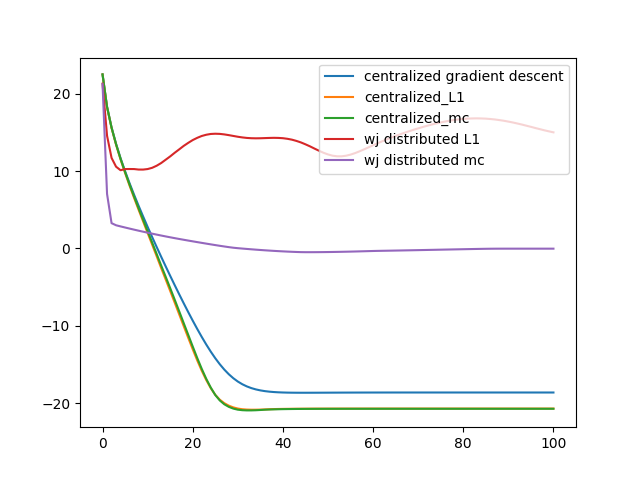
Repository: komuro-zero/distributed-optimization
Script's output: python main_weakly_sparse.py
An editor plug-in stored every save of this project. The script's output is shown before and after the next save, followed by the edit.
Random numbers start from a fixed seed.

Above is the script's output before, as saved 2019-09-26 19:34:54.

### main_weakly_sparse.py
import numpy as np
import matplotlib.pyplot as plt
from numpy.random import *
from modules.distributed_functions_wj import functions


np.random.seed(0)
class distributed_updates(functions):


    def __init__(self):

        self.N = 40
        self.m = 100
        self.r_i = 30
        self.iteration = 100
        self.sparsity_percentage = 0.2
        #self.lamb = 10**-3
        #self.eta = 0.2
        #self.rho = s
        #self.lamb*(10**2)
        self.lamb = 1
        self.eta = 0.003
        self.rho = self.lamb*(1**2)
        if self.lamb/self.rho <= self.eta*self.lamb:
            print("faulty rho")
            exit()

    def make_variables(self):
        """
        w_star,U_all,d_allを返㝙
        """
        how_weak = 0.1
        w = randn(self.N,1)
        w_star = self.w_star_weakly_sparse(self.N,self.sparsity_percentage,how_weak)
        U_all = randn(self.m,self.N)
        w_star_noise = w_star +randn(self.N,1)/100
        #w_star_noise = w_star_noise/np.dot(w_star_noise.T,w_star_noise)
        d_all = np.dot(U_all,w_star_noise)
        L2 = np.dot(w_star.T,w_star)

        return w,w_star,U_all,d_all,L2,w_star_noise

    def run(self):
        w,w_star,U_all,d_all,L2,w_star_noise = self.make_variables()
        c = self.adjacency_matrix(self.m,self.r_i)
        self.disjoint_checker(c,self.m)
        w_all = self.make_w(self.m,self.N)

        error_cgd,wcgd = self.centralized_gradient_descent(U_all,d_all,w,w_star,L2,0.003,self.iteration)
        error,wcl1 = self.centralized_L1(U_all,d_all,w,w_star,L2,0.003,0.003,self.iteration)
        error,wcmc = self.centralized_mc(U_all,d_all,w,w_star,L2,self.lamb,self.eta,self.rho,self.iteration)
        self.distributed_gradient_descent_wj(U_all,d_all,w_star,L2,self.N,self.m,self.r_i,0.25,self.iteration,c,w_all,wcgd)
        self.distributed_L1_wj(U_all,d_all,w_star,L2,self.N,self.m,self.r_i,10**-4,0.24,self.iteration,c,w_all,wcl1)
        self.distributed_mc_wj(U_all,d_all,w_star,L2,self.N,self.m,self.r_i,self.lamb,self.eta,self.rho,self.iteration,c,w_all,wcmc)
        #self.distributed_gradient_descent(U_all,d_all,w_star,L2,self.N,self.m,self.r_i,0.21,self.iteration,c,w_all)
        #self.distributed_mc(U_all,d_all,w_star,L2,self.N,self.m,self.r_i,self.lamb,self.eta,self.rho,self.iteration,c,w_all)

        #error = [cgd[-1],cl1,cmc[-1],dgd[-1],dl1[-1],dmc[-1]]
        #return error[-1]#w_star,w_star_noise,wcgd,wcl1,wcmc

"""
    #not completed
    def run_distributed(self):
        w,w_star,U_all,d_all,L2 = self.make_variables()

        lamb_l1 = 9*10**-5
        lamb_mc = 10**-3
        eta_gd = 0.1
        eta_l1 = 0.09
        eta_mc = 0.01

        self.distributed(U_all,d_all,w_star,L2,self.N,self.m,self.r_i,lamb_l1,lamb_mc,eta_gd,eta_l1,eta_mc,self.rho,self.iteration)
"""


if __name__ == "__main__":
    simulation = distributed_updates()
    cgd=cl1=cmc=dgd=dl1=dmc=[]
    for i in range(1):
        simulation.run()
        #cgd.append(error)
        """
        error = simulation.run()
        cgd.append(error[0])
        cl1.append(error[1])
        cmc.append(error[2])
        dgd.append(error[3])
        dl1.append(error[4])
        dmc.append(error[5])

        print("iteration:",i)
        """
    #times = range(len(cgd))

    #print("average:",sum(cgd)/len(cgd),"\n max:",max(cgd))
    #print("w_star:",w_star,"\nwcgd:",wcgd-w_star_noise,"\nwcl1:",wcl1-w_star_noise,"\nwcmc:",wcmc-w_star_noise)
    #plt.bar(times,cgd)
    plt.legend()
    plt.show()

### modules/distributed_functions_wj.py
#functions used in each simulations
import numpy as np
from numpy.random import *
import matplotlib.pyplot as plt

#np.random.seed(0)

class functions():
	def w_star(self,N,sparse_percentage):
		w_star = randn(N,1)     #平均は0
		before_length = len(w_star)
		after_length = before_length
		while (after_length / before_length) > sparse_percentage:
			a = randint(0,N-1)
			w_star[a] = 0
			after_length = len(np.unique(w_star))-1  #重複要素の削除
		return w_star

	def w_star_weakly_sparse(self,N,sparse_percentage,how_weak):
		w_star = randn(N,1)     #平均は0
		before_length = len(w_star)
		after_length = before_length
		while (after_length / before_length) > sparse_percentage:
			a = randint(0,N-1)
			w_star[a] = 0
			after_length = len(np.unique(w_star))-1  #重複要素の削除
		w_star_prox = np.zeros((len(w_star),1))
		for i in range(len(w_star)):
			if w_star[i] == 0:
				w_star_prox[i] = randn()
		w_star_prox = w_star_prox/np.dot(w_star_prox.T,w_star_prox)
		w_star = w_star/np.dot(w_star.T,w_star)
		w_star += how_weak*w_star_prox
		return w_star

	def w_star_weakly_sparse_sample(self,N,sparse_percentage):
		w_star = self.w_star(N,sparse_percentage)
		for i in range(len(w_star)):
			if w_star[i] == 0:
				w_star[i] = 0.0001
			else:
				w_star[i] = 1
		return w_star

	def db(self,x, y):
		db = 10 * np.log10(x / y)
		return db[0][0]

	def adjacency_matrix(self,m,r_i):
		"""
		disjointed example
		a = [1]*r_i
		b = [0]*(m-r_i)
		a.extend(b)
		c = [1]*r_i
		d = [0]*(m-r_i)
		d.extend(c)
		aa = [a]*int(m/2)
		dd = [d]*int(m/2)
		dd.extend(aa)
		result = np.array(dd)
		for i in range(len(result)):
			result[i][i]=1

		"""
		c = np.eye(m)
		for j in range(m):
			counter = 0
			while counter != r_i:
				random_num = np.random.randint(0,m)
				if c[j][random_num] != 1:
					c[j][random_num] = 1
					counter += 1
		return c

	def find_ones(self,row):
		result = [i for i, element in enumerate(row) if element == 1]
		return result

	def all_connections(self,c_list):
		result = []
		for row in c_list:
			result.append(self.find_ones(row))
		return result

	def delete_self(self,all_connection):
		for i in range(len(all_connection)):
			all_connection[i].remove(i)
		return all_connection

	def disjoint_checker(self,c,m):
		c_list = c.tolist()
		all_connection = self.all_connections(c_list)
		adjacent_matrix = self.delete_self(all_connection)
		check_node = adjacent_matrix[0]
		connected_node = adjacent_matrix[0]
		last_length = len(connected_node)
		check_node_box = []
		count = 1

		flag = True
		while flag:
			for i in check_node:
				check_node_box[0:0] = (all_connection[i])
			common_part = list(set(check_node_box) & set(connected_node))
			check_node = list(set(check_node_box) - set(common_part))
			connected_node[0:0] = check_node_box
			connected_node = list(set(connected_node))
			check_node_box = []
			now_length = len(connected_node)
			if now_length == last_length:
				flag = False
			count += 1
			if count > m or len(connected_node) == m:
				flag = False
			last_length = now_length
		if len(connected_node) == m:
			print("Your graph is not disjoint")
		else:
			print("Your graph is disjoint. connected nodes:",now_length)

	def w_average(self,w_all):
		result = [0]*len(w_all[0])
		for row in w_all:
			result += row
		result = result/len(w_all)
		return result

	def make_w(self,m,N):
		w = randn(N,1).T
		for i in range(m-1):
			w = np.concatenate((w,randn(N,1).T))
		return w

	def centralized_gradient_descent(self,Ut,d,w,w_star,L2,eta,iteration):
		error = [self.db(np.dot((w-w_star).T,w-w_star)[0],L2)]
		times = [0]
		one_error =0
		U = Ut.T
		for i in range(iteration):
			w = w - 2*eta*(np.dot(U,(np.dot(Ut,w)-d)))
			one_error = np.dot((w-w_star).T,w-w_star)[0]
			error.append(self.db(one_error,L2))
			times.append(i+1)
		plt.plot(times,error,label = "centralized gradient descent")
		return error,w

	def centralized_L1(self,Ut,d,w,w_star,L2,lamb,eta,iteration):
		error = [self.db(np.dot((w-w_star).T,w-w_star)[0],L2)]
		times = [0]
		one_error =0
		U = Ut.T
		for i in range(iteration):
			w = w - 2*eta*(np.dot(U,(np.dot(Ut,w)-d)))
			for j in range(len(w)):
				if w[j] > 0 and lamb < abs(w[j]):
					w[j] -= lamb
				elif w[j] < 0 and lamb < abs(w[j]):
					w[j] += lamb
				else:
					w[j] = 0
			one_error = np.dot((w-w_star).T,w-w_star)[0]
			error.append(self.db(one_error,L2))
			times.append(i+1)
		exec("plt.plot(times,error,label = 'centralized_L1')")
		return error,w

	def centralized_mc(self,Ut,d,w,w_star,L2,lamb,eta,rho,iteration):
		error = [self.db(np.dot((w-w_star).T,w-w_star)[0],L2)]
		times = [0]
		one_error =0
		U = Ut.T
		for i in range(iteration):
			w = w - 2*eta*(np.dot(U,(np.dot(Ut,w)-d)))
			for j in range(len(w)):
				if abs(w[j]) < eta*lamb:
					w[j] = 0
				elif eta*lamb < abs(w[j]) and abs(w[j]) < lamb/rho:
					w[j] = w[j]*(abs(w[j])-eta*lamb)/(abs(w[j])*(1-eta*rho))
				elif lamb/rho <= abs(w[j]):
					w[j] = w[j]
				else:
					print("banana")
			one_error = np.dot((w-w_star).T,w-w_star)[0]
			error.append(self.db(one_error,L2))
			times.append(i+1)
			one_error = 0
		plt.plot(times,error,label = "centralized_mc")
		return error,w

	def one_gradient_descent(self,Ut,d,w,eta):
		U = Ut.T
		w = w - 2*eta*((U*(np.dot(Ut,w)-d)))
		return w

	def one_L1(self,Ut,d,w,lamb,eta):
		U = Ut.T
		w = w - 2*eta*((U*(np.dot(Ut,w)-d)))
		for j in range(len(w)):
			if w[j] > 0 and lamb < abs(w[j]):
				w[j] -= lamb
			elif w[j] < 0 and lamb < abs(w[j]):
				w[j] += lamb
			else:
				w[j] = 0
		return w

	def one_mc(self,Ut,d,w,lamb,eta,rho):
		U = Ut.T
		w = w - 2*eta*((U*(np.dot(Ut,w)-d)))
		for j in range(len(w)):
			if abs(w[j]) <= eta*lamb:
				w[j] = 0
			elif eta*lamb < abs(w[j]) and abs(w[j]) < lamb/rho:
				w[j] = w[j]*(abs(w[j])-eta*lamb)/(abs(w[j])*(1-eta*rho))
			elif lamb/rho <= abs(w[j]):
				w[j] = w[j]
			else:
				print("banana")
		return w

	def distributed_gradient_descent(self,Ut,d,w_star,L2,N,m,r_i,eta,iteration,c,w_all_f):
		average_error = [0]
		for i in range(1,m+1,1):
			exec("u_%d = Ut[%d]" % (i,i-1))
			exec("d_%d = d[%d][0]" % (i,i-1))
			exec("w_%d = np.reshape(w_all_f[%d],(N,1)).ravel() " % (i,i-1))
			exec("w_next_%d = w_%d" % (i,i))
			exec("error_w_%d = []" % (i))
			exec("one_error_%d =[]" % (i))
			exec("average_error[0] += self.db(np.dot((w_%d-w_star.ravel()).T,w_%d-w_star.ravel()),L2)"%(i,i))
		average_error[0] = average_error[0]/m
		times = [0]
		for i in range(iteration):
			for j in range(1,m+1,1):
				exec("w_%d = self.one_gradient_descent(u_%d,d_%d,w_%d,eta)" % (j,j,j,j))
				exec("w_next_%d = w_%d" % (j,j))
			exec("w_all = [w_next_1]")
			for j in range(2,m+1):
				exec("w_all = np.concatenate((w_all,[w_next_%d]))" %(j))
			exec("average = (1/(r_i+1))*np.dot(c,w_all)")
			for j in range(1,m+1,1):
				exec("w_%d = average[%d]" % (j,j-1))
			for j in range(1,m+1,1):
				exec("one_error_%d = np.dot((w_%d-w_star.ravel()).T,w_%d-w_star.ravel())" % (j,j,j))
				exec("error_w_%d.append(self.db(one_error_%d,L2))" % (j,j))
			times.append(i+1)
		exec("w_all_f = w_all")
		exec("w_average = self.w_average(w_all)")
		for i in range(iteration):
			exec("average_error.append(error_w_1[%d])" % (i))
			for j in range(2,m+1,1):
				exec("average_error[%d] += error_w_%d[%d]" % (i+1,j,i))
			average_error[i+1] = average_error[i+1]/m
		plt.plot(times,average_error,label = 'distributed gradient descent')
		plt.legend()
		return average_error,w_all_f

	def distributed_L1(self,Ut,d,w_star,L2,N,m,r_i,lamb,eta,iteration,c,w_all_f):
		average_error = [0]
		for i in range(1,m+1,1):
			exec("u_%d = Ut[%d]" % (i,i-1))
			exec("d_%d = d[%d][0]" % (i,i-1))
			exec("w_%d = np.reshape(w_all_f[%d],(N,1)).ravel() " % (i,i-1))
			exec("w_next_%d = w_%d" % (i,i))
			exec("error_w_%d = []" % (i))
			exec("one_error_%d =[]" % (i))
			exec("average_error[0] += self.db(np.dot((w_%d-w_star.ravel()).T,w_%d-w_star.ravel()),L2)"%(i,i))
		average_error[0] = average_error[0]/m

		times = [0]
		for i in range(iteration):
			for j in range(1,m+1,1):
				exec("w_%d = self.one_L1(u_%d,d_%d,w_%d,lamb,eta)" % (j,j,j,j))
				exec("w_next_%d = w_%d" % (j,j))
			exec("w_all = [w_next_1]")
			for j in range(2,m+1):
				exec("w_all = np.concatenate((w_all,[w_next_%d]))" %(j))
			exec("average = (1/(r_i+1))*np.dot(c,w_all)")
			for j in range(1,m+1,1):
				exec("w_%d = average[%d]" % (j,j-1))
			for j in range(1,m+1,1):
				exec("one_error_%d = np.dot((w_%d-w_star.ravel()).T,w_%d-w_star.ravel())" % (j,j,j))
				exec("error_w_%d.append(self.db(one_error_%d,L2))" % (j,j))
			times.append(i+1)
		exec("w_average = self.w_average(w_all)")
		for i in range(iteration):
			exec("average_error.append(error_w_1[%d])" % (i))
			for j in range(2,m+1,1):
				exec("average_error[%d] += error_w_%d[%d]" % (i+1,j,i))
			average_error[i+1] = average_error[i+1]/m
		plt.plot(times,average_error,label = 'distributed L1')
		plt.legend()
		return average_error

	def distributed_mc(self,Ut,d,w_star,L2,N,m,r_i,lamb,eta,rho,iteration,c,w_all_f):
		average_error = [0]
		for i in range(1,m+1,1):
			exec("u_%d = Ut[%d]" % (i,i-1))
			exec("d_%d = d[%d][0]" % (i,i-1))
			exec("w_%d = np.reshape(w_all_f[%d],(N,1)).ravel() " % (i,i-1))
			exec("w_next_%d = w_%d" % (i,i))
			exec("error_w_%d = []" % (i))
			#exec("error_w_%d = [self.db(np.dot((w_%d-w_star.ravel()).T,w_%d-w_star.ravel()),L2)]" % (i,i,i))
			exec("one_error_%d =[]" % (i))
			exec("average_error[0] += self.db(np.dot((w_%d-w_star.ravel()).T,w_%d-w_star.ravel()),L2)"%(i,i))
		average_error[0] = average_error[0]/m
		times = [0]
		for i in range(iteration):
			for j in range(1,m+1,1):
				exec("w_%d = self.one_mc(u_%d,d_%d,w_%d,lamb,eta,rho)" % (j,j,j,j))
				exec("w_next_%d = w_%d" % (j,j))
			exec("w_all = [w_next_1]")
			for j in range(2,m+1):
				exec("w_all = np.concatenate((w_all,[w_next_%d]))" %(j))
			exec("average = (1/(r_i+1))*np.dot(c,w_all)")
			for j in range(1,m+1,1):
				exec("w_%d = average[%d]" % (j,j-1))
			for j in range(1,m+1,1):
				exec("one_error_%d = np.dot((w_%d-w_star.ravel()).T,w_%d-w_star.ravel())" % (j,j,j))
				exec("error_w_%d.append(self.db(one_error_%d,L2))" % (j,j))
			times.append(i+1)
		exec("w_average = self.w_average(w_all)")
		for i in range(iteration):
			exec("average_error.append(error_w_1[%d])" % (i))
			for j in range(2,m+1,1):
				exec("average_error[%d] += error_w_%d[%d]" % (i+1,j,i))
			average_error[i+1] = average_error[i+1]/m
		#for i in range(1,m+1):
		#	exec("plt.plot(times,error_w_%d)"%(i))
		plt.plot(times,average_error,label = 'distributed mc',color = "black")
		plt.legend()
		return average_error

	def distributed_gradient_descent_wj(self,Ut,d,w_star,L2,N,m,r_i,eta,iteration,c,w_all_f,wj):
		average_error = [0]
		L2wj = np.dot(wj.T,wj)
		for i in range(1,m+1,1):
			exec("u_%d = Ut[%d]" % (i,i-1))
			exec("d_%d = d[%d][0]" % (i,i-1))
			exec("w_%d = np.reshape(w_all_f[%d],(N,1)).ravel() " % (i,i-1))
			exec("w_next_%d = w_%d" % (i,i))
			exec("error_w_%d = []" % (i))
			exec("one_error_%d =[]" % (i))
			exec("average_error[0] += self.db(np.dot((w_%d-wj.ravel()).T,w_%d-wj.ravel()),L2wj)"%(i,i))
		average_error[0] = average_error[0]/m
		times = [0]
		for i in range(iteration):
			for j in range(1,m+1,1):
				exec("w_%d = self.one_gradient_descent(u_%d,d_%d,w_%d,eta)" % (j,j,j,j))
				exec("w_next_%d = w_%d" % (j,j))
			exec("w_all = [w_next_1]")
			for j in range(2,m+1):
				exec("w_all = np.concatenate((w_all,[w_next_%d]))" %(j))
			exec("average = (1/(r_i+1))*np.dot(c,w_all)")
			for j in range(1,m+1,1):
				exec("w_%d = average[%d]" % (j,j-1))
			for j in range(1,m+1,1):
				exec("one_error_%d = np.dot((w_%d-wj.ravel()).T,w_%d-wj.ravel())" % (j,j,j))
				#exec("print(one_error_%d)"%(j))
				exec("error_w_%d.append(self.db(one_error_%d,L2wj))" % (j,j))
			times.append(i+1)
		for i in range(iteration):
			exec("average_error.append(error_w_1[%d])" % (i))
			for j in range(2,m+1,1):
				exec("average_error[%d] += error_w_%d[%d]" % (i+1,j,i))
			average_error[i+1] = average_error[i+1]/m
		#exec("plt.plot(times,average_error,label = 'wj distributed gradient descent')")
		return average_error

	def distributed_L1_wj(self,Ut,d,w_star,L2,N,m,r_i,lamb,eta,iteration,c,w_all_f,wj):
		average_error = [0]
		L2wj = np.dot(wj.T,wj)
		for i in range(1,m+1,1):
			exec("u_%d = Ut[%d]" % (i,i-1))
			exec("d_%d = d[%d][0]" % (i,i-1))
			exec("w_%d = np.reshape(w_all_f[%d],(N,1)).ravel() " % (i,i-1))
			exec("w_next_%d = w_%d" % (i,i))
			exec("error_w_%d = []" % (i))
			exec("one_error_%d =[]" % (i))
			exec("average_error[0] += self.db(np.dot((w_%d-wj.ravel()).T,w_%d-wj.ravel()),L2wj)"%(i,i))
		average_error[0] = average_error[0]/m

		times = [0]
		for i in range(iteration):
			for j in range(1,m+1,1):
				exec("w_%d = self.one_L1(u_%d,d_%d,w_%d,lamb,eta)" % (j,j,j,j))
				exec("w_next_%d = w_%d" % (j,j))
			exec("w_all = [w_next_1]")
			for j in range(2,m+1):
				exec("w_all = np.concatenate((w_all,[w_next_%d]))" %(j))
			exec("average = (1/(r_i+1))*np.dot(c,w_all)")
			for j in range(1,m+1,1):
				exec("w_%d = average[%d]" % (j,j-1))
			for j in range(1,m+1,1):
				exec("one_error_%d = np.dot((w_%d-wj.ravel()).T,w_%d-wj.ravel())" % (j,j,j))
				exec("error_w_%d.append(self.db(one_error_%d,L2wj))" % (j,j))
			times.append(i+1)
		for i in range(iteration):
			exec("average_error.append(error_w_1[%d])" % (i))
			for j in range(2,m+1,1):
				exec("average_error[%d] += error_w_%d[%d]" % (i+1,j,i))
			average_error[i+1] = average_error[i+1]/m
		exec("plt.plot(times,average_error,label = 'wj distributed L1')")
		return average_error

	def distributed_mc_wj(self,Ut,d,w_star,L2,N,m,r_i,lamb,eta,rho,iteration,c,w_all_f,wj):
		average_error = [0]
		L2wj = np.dot(wj.T,wj)
		for i in range(1,m+1,1):
			exec("u_%d = Ut[%d]" % (i,i-1))
			exec("d_%d = d[%d][0]" % (i,i-1))
			exec("w_%d = np.reshape(w_all_f[%d],(N,1)).ravel() " % (i,i-1))
			exec("w_next_%d = w_%d" % (i,i))
			exec("error_w_%d = []" % (i))
			exec("one_error_%d =[]" % (i))
			exec("average_error[0] += self.db(np.dot((w_%d-wj.ravel()).T,w_%d-wj.ravel()),L2wj)"%(i,i))
		average_error[0] = average_error[0]/m
		times = [0]
		for i in range(iteration):
			for j in range(1,m+1,1):
				exec("w_%d = self.one_mc(u_%d,d_%d,w_%d,lamb,eta,rho)" % (j,j,j,j))
				exec("w_next_%d = w_%d" % (j,j))
			exec("w_all = [w_next_1]")
			for j in range(2,m+1):
				exec("w_all = np.concatenate((w_all,[w_next_%d]))" %(j))
			exec("average = (1/(r_i+1))*np.dot(c,w_all)")
			for j in range(1,m+1,1):
				exec("w_%d = average[%d]" % (j,j-1))
			for j in range(1,m+1,1):
				exec("one_error_%d = np.dot((w_%d-wj.ravel()).T,w_%d-wj.ravel())" % (j,j,j))

				exec("error_w_%d.append(self.db(one_error_%d,L2wj))" % (j,j))
			times.append(i+1)
		for i in range(iteration):
			exec("average_error.append(error_w_1[%d])" % (i))
			for j in range(2,m+1,1):
				exec("average_error[%d] += error_w_%d[%d]" % (i+1,j,i))
			average_error[i+1] = average_error[i+1]/m
		exec("plt.plot(times,average_error,label = 'wj distributed mc')")
		return average_error

After the next save:
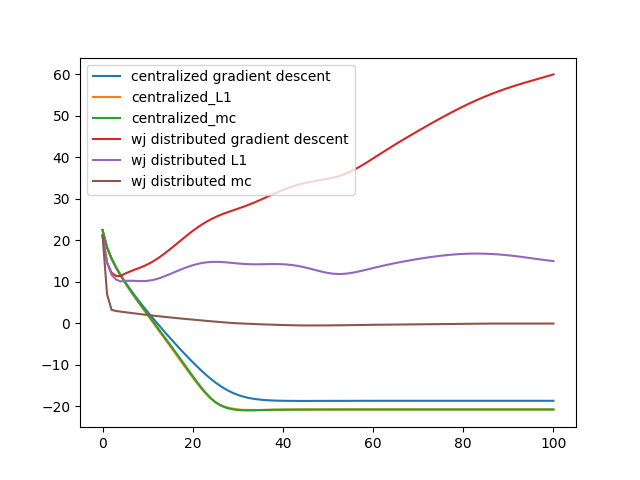
Saved 48 s later.
--- a/modules/distributed_functions_wj.py
+++ b/modules/distributed_functions_wj.py
@@ -365,7 +365,7 @@ class functions():
 			for j in range(2,m+1,1):
 				exec("average_error[%d] += error_w_%d[%d]" % (i+1,j,i))
 			average_error[i+1] = average_error[i+1]/m
-		#exec("plt.plot(times,average_error,label = 'wj distributed gradient descent')")
+		exec("plt.plot(times,average_error,label = 'wj distributed gradient descent')")
 		return average_error
 
 	def distributed_L1_wj(self,Ut,d,w_star,L2,N,m,r_i,lamb,eta,iteration,c,w_all_f,wj):
